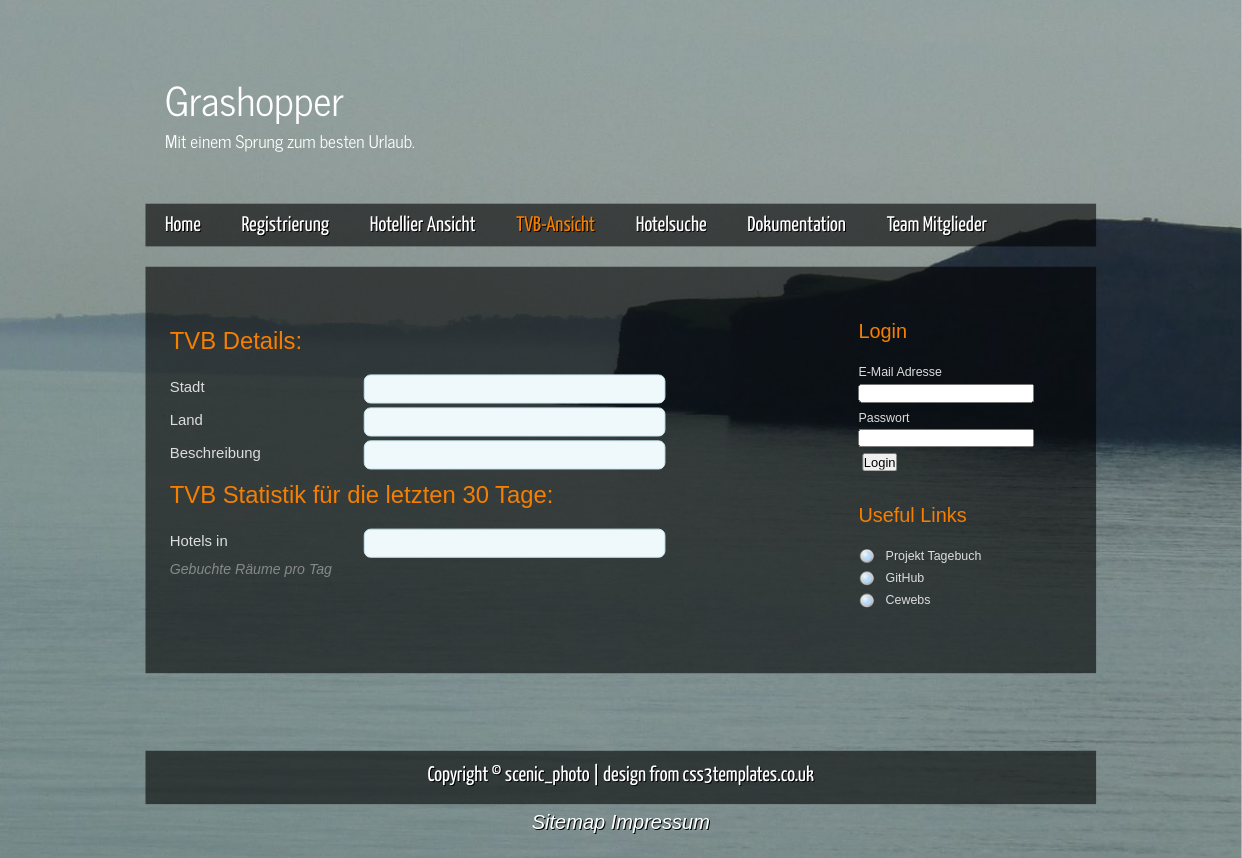
Repository: swe2013hotel2/grashopper
Page: http://localhost/Grasshopper/TVBansichtdetail.jsp
The author's editor kept a copy of each file at every save. The page is drawn from the files as they stood at one save, then again after the next save.
The browser window is 1280 px wide. The pictures show the whole page, at 97% of full size.
Backgrounds fixed to the window are drawn as part of the page. The page is served by Tomcat 9. The template is opened directly, without the code that normally fills it, so the values that code supplies are empty.

Above is the page before, as saved 2013-12-17 15:24:57.
Console error: ReferenceError: jQuery is not defined

After the next save:
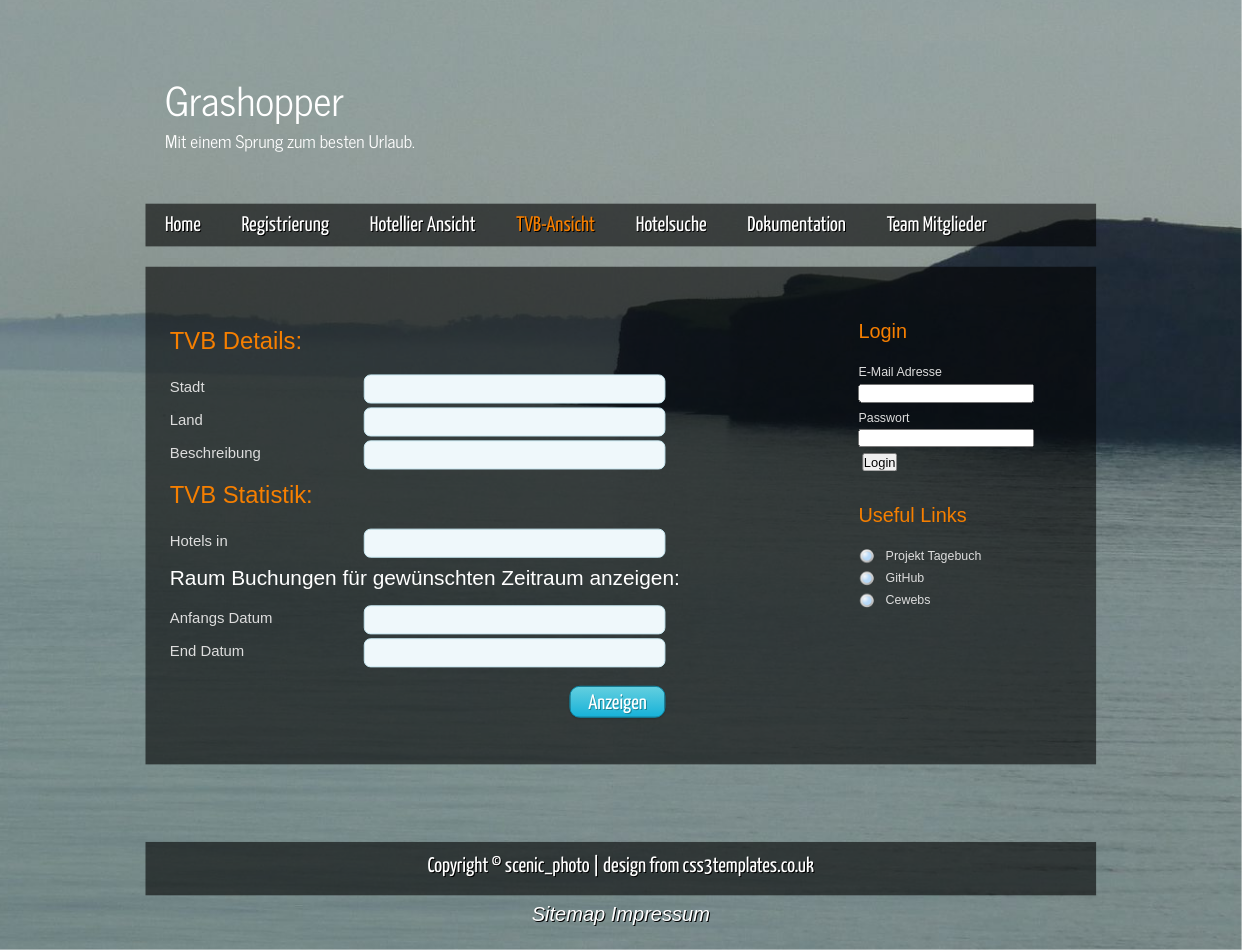
Saved 2 s later.
--- a/workspaceJSP2/Grasshopper/WebContent/TVBansichtdetail.jsp
+++ b/workspaceJSP2/Grasshopper/WebContent/TVBansichtdetail.jsp
@@ -13,10 +13,17 @@
 		<p><span>Land</span><input type="text" name="countryname" value="${countryname}" /></p>
 		<p><span>Beschreibung</span><input type="text" name="reviewtext" value="${reviewtext}" /></p>
 
-		<h2>TVB Statistik für die letzten 30 Tage:</h2>
+		<h2>TVB Statistik:</h2>
 		<p><span>Hotels in ${cityname}</span><input type="text" name="hotelanzahl" value="${hotelanzahl}" /></p>
-		<h6>Gebuchte Räume pro Tag</h6>
+
+	<form name="TVBAnsicht" action="TVBAnsicht" method="post">
+		<h3>Raum Buchungen für gewünschten Zeitraum anzeigen:</h3>
+		<p><span>Anfangs Datum</span><input type="text" name="bd" value="" /></p>
+		<p><span>End Datum</span><input type="text" name="ed" value="" /></p>
+
+        <p style="padding-top: 15px"><span>&nbsp;</span><input class="submit" type="submit" name="name" value="Anzeigen" /></p>
 		<p>${statistic}</p>
+	</form>
       </div>
   </div>
 
